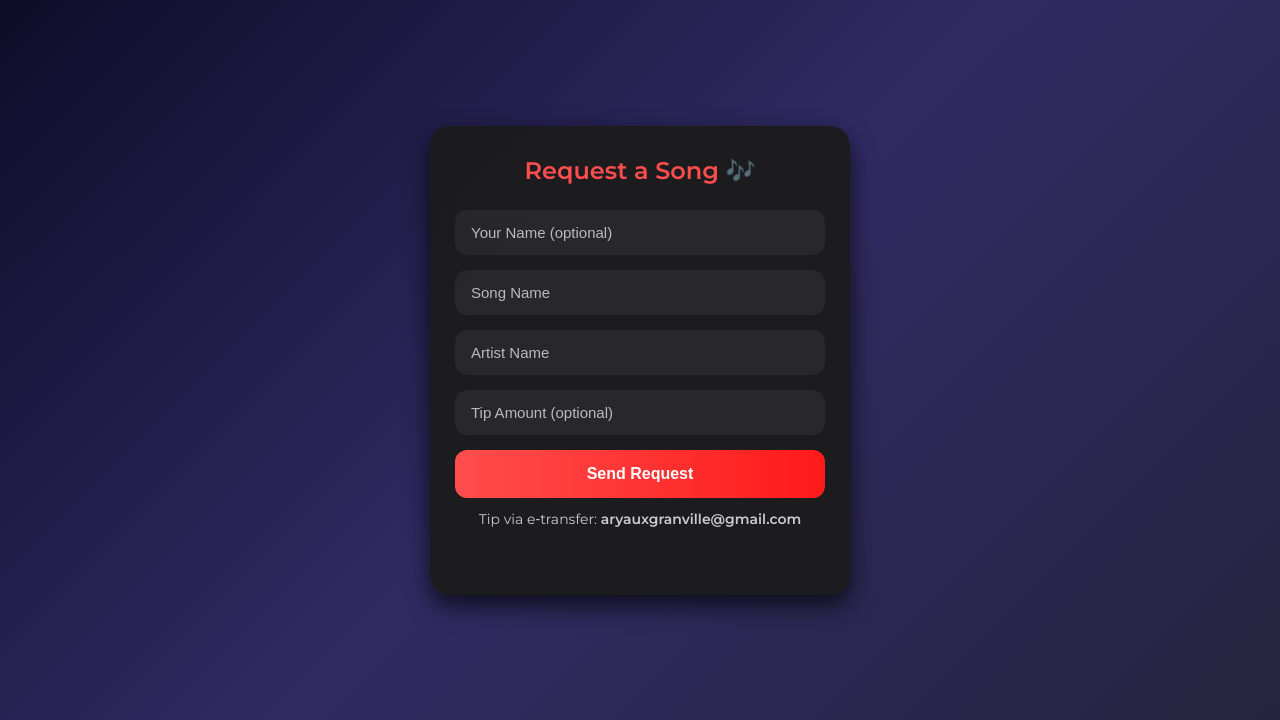
Repository: AryanHeravi/DJ-Request
Page: song_request.html
An editor plug-in stored every save of this project. The page is shown before and after the next save, followed by the edit.
The browser window is 1280 px wide. The pictures show the whole page.

Above is the page before, as saved 2026-01-05 06:28:03.

After the next save:
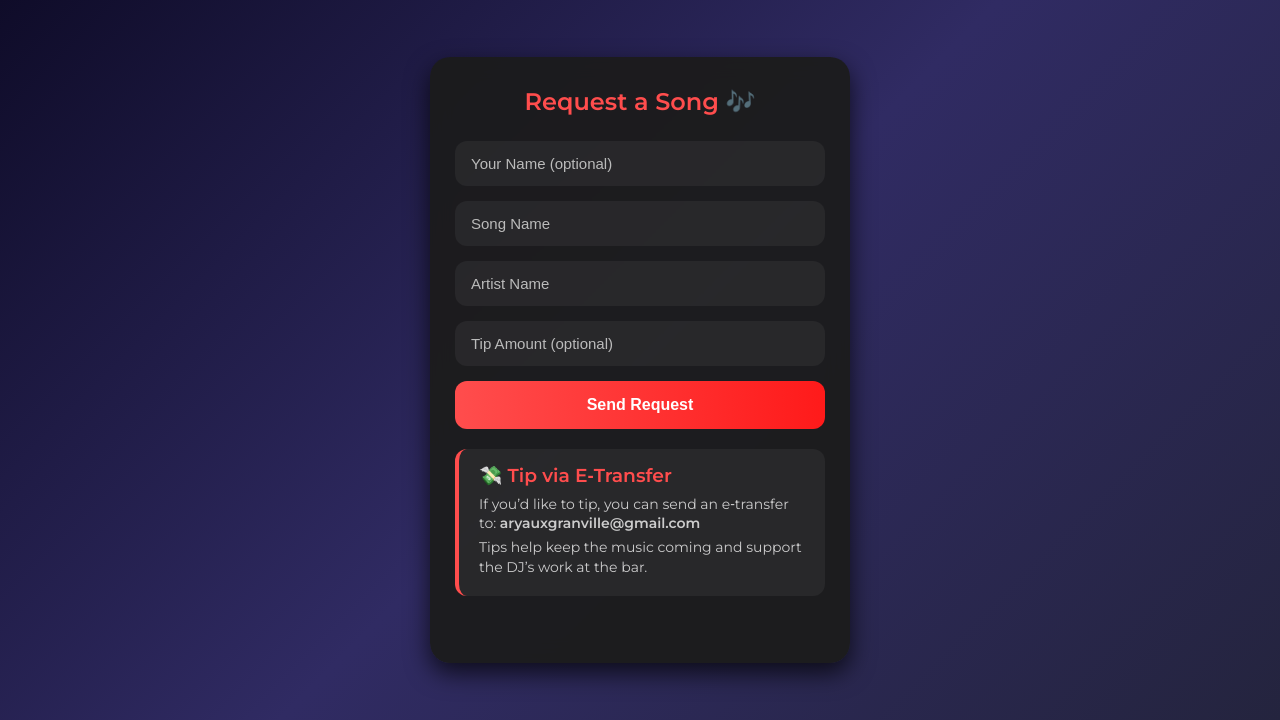
Saved 4 min 43 s later.
--- a/song_request.html
+++ b/song_request.html
@@ -41,7 +41,6 @@
     text-align: center;
     color: #ff4d4d;
     margin-bottom: 25px;
-    font-weight: 600;
   }
 
   form {
@@ -87,10 +86,26 @@
     transform: scale(1.02);
   }
 
-  .tip-info {
-    text-align: center;
-    margin-top: 12px;
+  /* E-transfer card */
+  .tip-card {
+    background: rgba(255,255,255,0.05);
+    border-radius: 12px;
+    padding: 15px 20px;
+    margin-top: 20px;
+    color: #fff;
+    border-left: 4px solid #ff4d4d;
+  }
+
+  .tip-card h3 {
+    margin: 0 0 8px 0;
+    color: #ff4d4d;
+    font-weight: 600;
+  }
+
+  .tip-card p {
+    margin: 0 0 4px 0;
     font-size: 14px;
+    line-height: 1.4;
     color: #ccc;
   }
 
@@ -136,8 +151,11 @@
     <button type="submit">Send Request</button>
   </form>
 
-  <div class="tip-info">
-    Tip via e‑transfer: <strong>aryauxgranville@gmail.com</strong>
+  <!-- E-Transfer Section -->
+  <div class="tip-card">
+    <h3>💸 Tip via E‑Transfer</h3>
+    <p>If you’d like to tip, you can send an e‑transfer to: <strong>aryauxgranville@gmail.com</strong></p>
+    <p>Tips help keep the music coming and support the DJ’s work at the bar.</p>
   </div>
 
   <div class="confirmation" id="confirmation">
